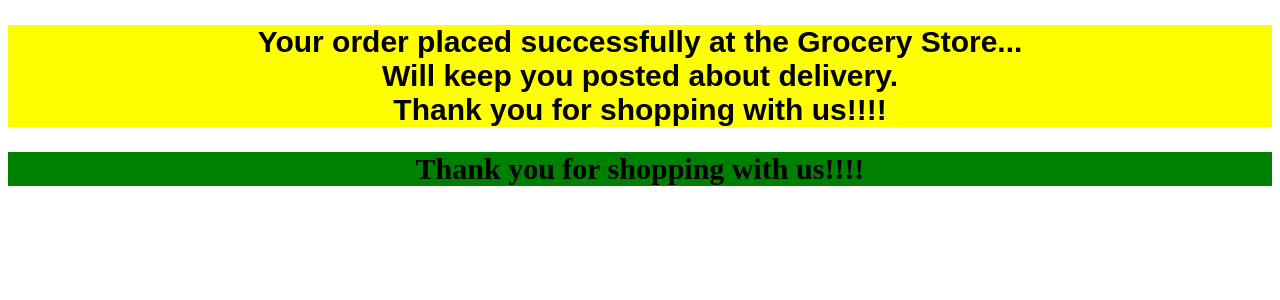
Repository: pournimapatil27/GroceryStoreMicroservice
Page: StoreLogin/src/main/resources/static/store.html
These files come from the project's save history. The page is drawn as it stood at one moment and after the next save; the edit follows.
The browser window is 1280 px wide. The pictures show the whole page.

Above is the page before, as saved 2021-12-03 09:06:24.

### StoreLogin/src/main/resources/static/store.html
<?xml version="1.0" encoding="UTF-8"?>
<!DOCTYPE html PUBLIC "-//W3C//DTD XHTML 1.0 Transitional//EN"
"http://www.w3.org/TR/xhtml1/DTD/xhtml1-transitional.dtd">
<html xmlns="http://www.w3.org/1999/xhtml"
      xmlns:h="http://java.sun.com/jsf/html">
   <h:head>
      <title>Welcome to Grocery Store</title>
   </h:head>
   <h:body>
      <h2 style="background-color:yellow;font-family:'Arial';font-size:30px;text-align: center">Your order placed successfully at the Grocery Store...<br>Will keep you posted about delivery.<br> Thank you for shopping with us!!!!</h2>
  <h1 style="background-color:Green;font-family:'Jockerman';font-size:30px;text-align: center">Thank you for shopping with us!!!!</h1>
   </h:body>
</html>

After the next save:
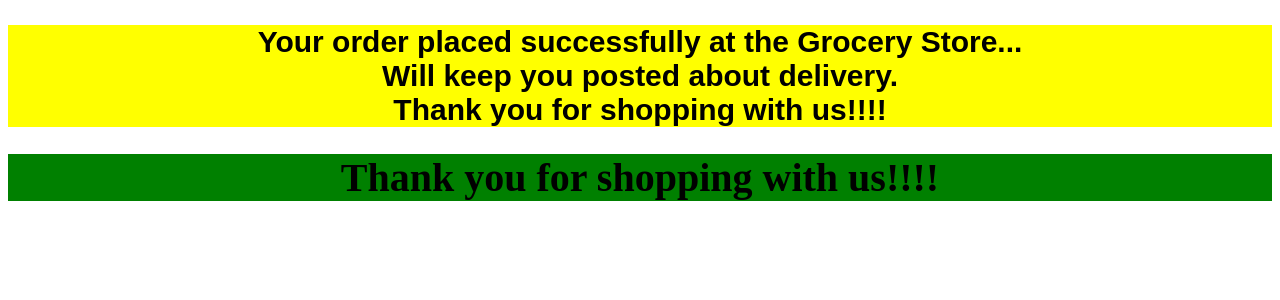
Saved 5 s later.
--- a/StoreLogin/src/main/resources/static/store.html
+++ b/StoreLogin/src/main/resources/static/store.html
@@ -8,6 +8,6 @@
    </h:head>
    <h:body>
       <h2 style="background-color:yellow;font-family:'Arial';font-size:30px;text-align: center">Your order placed successfully at the Grocery Store...<br>Will keep you posted about delivery.<br> Thank you for shopping with us!!!!</h2>
-  <h1 style="background-color:Green;font-family:'Jockerman';font-size:30px;text-align: center">Thank you for shopping with us!!!!</h1>
+  <h1 style="background-color:Green;font-family:'Jockerman';font-size:40px;text-align: center">Thank you for shopping with us!!!!</h1>
    </h:body>
 </html>
